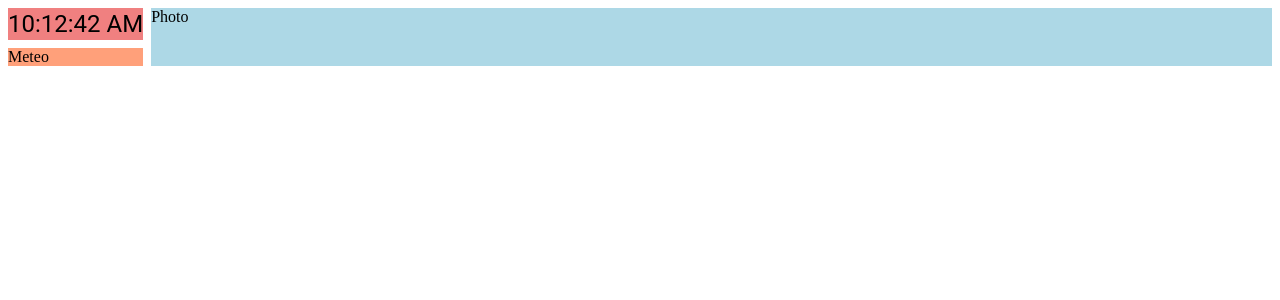
Repository: songvi/meteo
Page: /
An editor plug-in stored every save of this project. The page is shown before and after a run of saves, followed by the edit.
The browser window is 1280 px wide. The pictures show the whole page.
The project was rebuilt for these pictures with package versions that can differ from the ones it lists, and the page was loaded fresh each time. Also part of the build but not shown: src/App.css.

Above is the page before, as saved 2023-04-02 23:28:12.

After the next 3 saves:
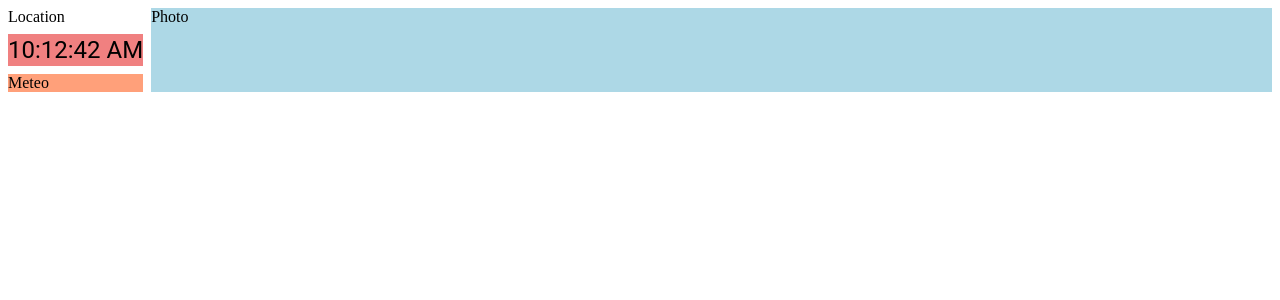
The 3 saves are shown as one change because 1 did not build or start and some came seconds apart.
The last was saved 16 s later.
--- a/src/app/Navbar.tsx
+++ b/src/app/Navbar.tsx
@@ -2,12 +2,14 @@ import { Box, Stack } from '@mui/material'
 import Meteo from '../features/meteo/Meteo'
 import Photo from '../features/media/Photo'
 import Datetime from '../features/datetime/Datetime'
+import Location from '../features/location/Location'
 
 const Navbar = () => {
     return (
         <Box>
             <Stack direction={'row'} spacing={1}>
-                <Stack  spacing={1} direction={'column'} justifyContent={'center'}>
+                <Stack spacing={1} direction={'column'} justifyContent={'center'}>
+                    <Location />
                     <Datetime />
                     <Meteo />
                 </Stack>
